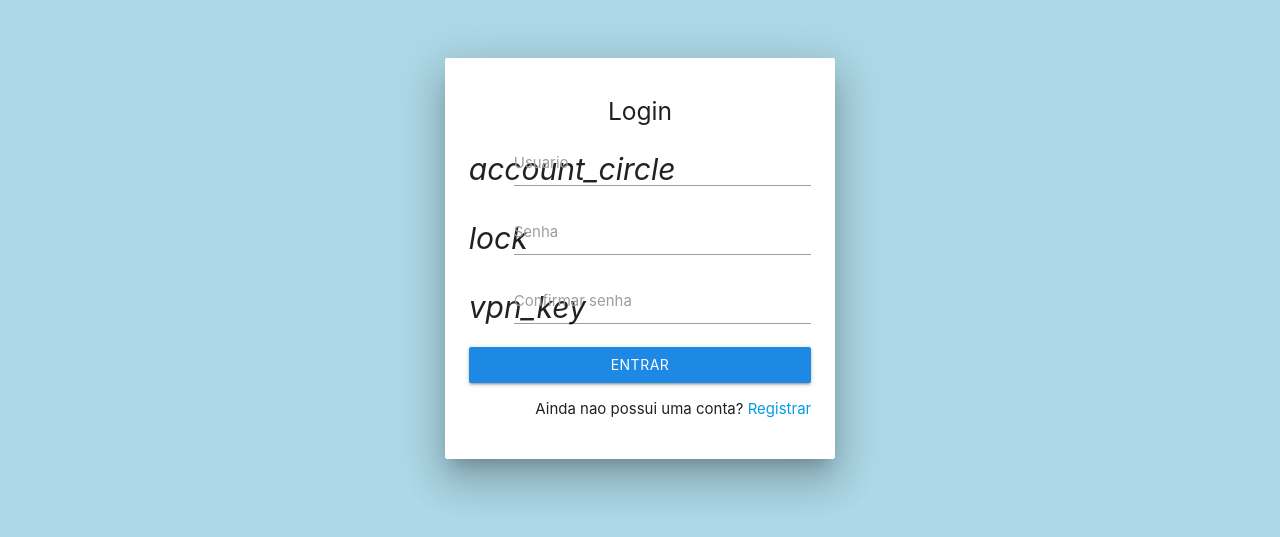
Repository: luizasilveira/TechWeb
Page: http://localhost/techWebP1/login.jsp
An editor plug-in stored every save of this project. The page is shown before and after the next save, followed by the edit.
The browser window is 1280 px wide. The pictures show the whole page.
The page is served by Tomcat 9.

Above is the page before, as saved 2019-09-10 13:50:11.

After the next save:
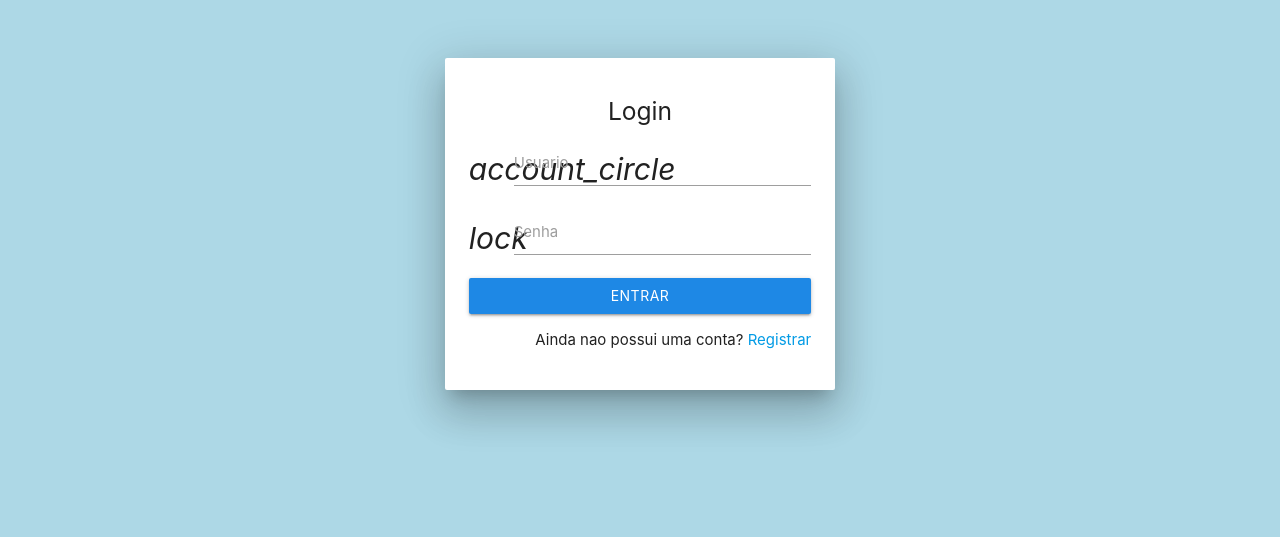
Saved 34 s later.
--- a/Projeto1/techWebP1/WebContent/login.jsp
+++ b/Projeto1/techWebP1/WebContent/login.jsp
@@ -49,11 +49,7 @@ background-color:  lightblue;
 						</div>
 
 
-						<div class="input-field">
-							<i class="material-icons prefix">vpn_key</i> <input
-								type="password" name="pass2"> <label>Confirmar
-								senha</label>
-						</div>
+
 
 						<input type="submit" name="submit" value="Entrar"
 							class="btn left col s12  blue darken-1">
